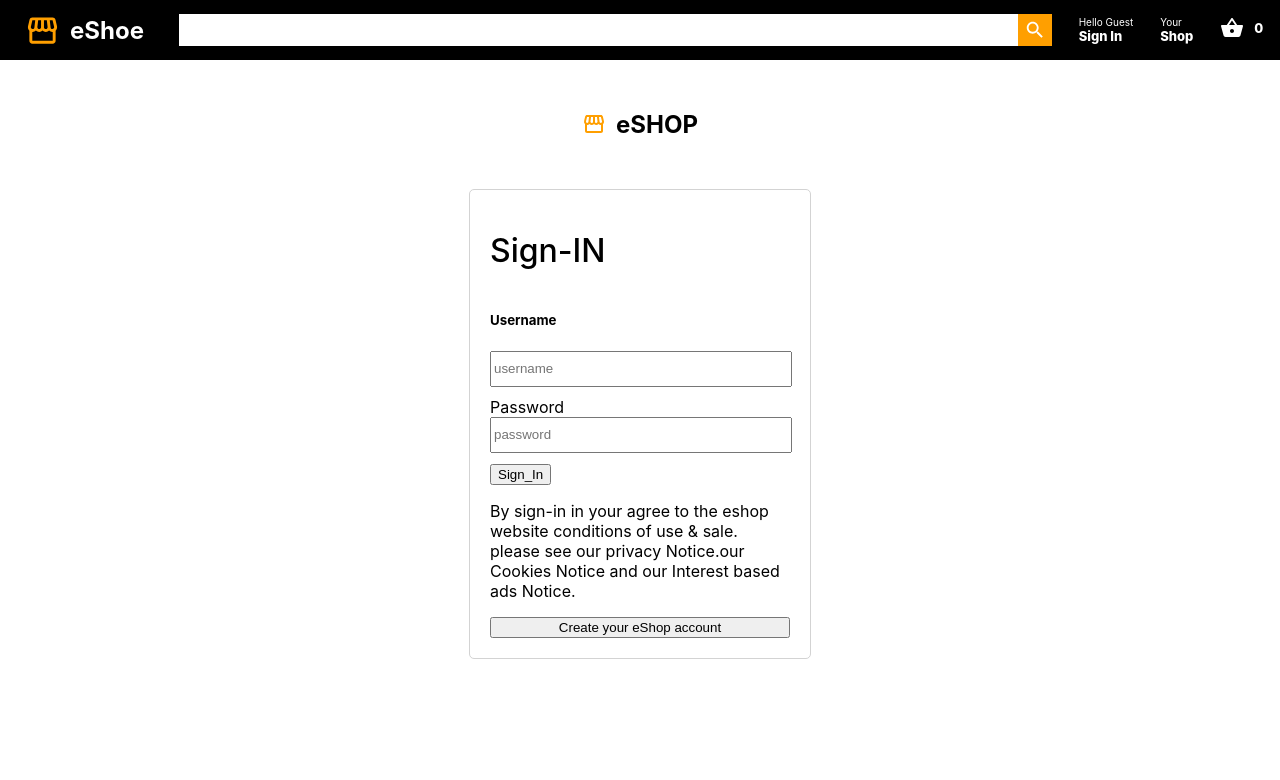
Repository: sandeepreddyvitta/react
Page: /login (app in eshop/)
The author's editor kept a copy of each file at every save. The page is drawn from the files as they stood at one save, then again after the next save.
The browser window is 1280 px wide. The pictures show the whole page.
The project was rebuilt for these pictures with package versions that can differ from the ones it lists, and the page was loaded fresh each time. Also part of the build but not shown: eshop/src/components/products/product.scss, eshop/src/components/products/Product.js, eshop/src/components/home/home.scss, eshop/src/components/home/Home.js, eshop/src/components/checkOut/checkout.scss, eshop/src/components/checkOut/checkoutproduct.scss, eshop/src/components/checkOut/CheckOutProduct.js, eshop/src/components/checkOut/subtotal.scss and 2 more.

Above is the page before, as saved 2022-12-07 11:46:36.

### eshop/public/index.html
<!DOCTYPE html>
<html lang="en">

<head>
  <meta charset="utf-8" />
  <link rel="icon" href="%PUBLIC_URL%/favicon.ico" />
  <meta name="viewport" content="width=device-width, initial-scale=1" />
  <meta name="theme-color" content="#000000" />
  <meta name="description" content="Web site created using create-react-app" />
  <link rel="apple-touch-icon" href="%PUBLIC_URL%/logo192.png" />
  <!--
      manifest.json provides metadata used when your web app is installed on a
      user's mobile device or desktop. See https://developers.google.com/web/fundamentals/web-app-manifest/
    -->
  <link rel="manifest" href="%PUBLIC_URL%/manifest.json" />

  <!--
      Notice the use of %PUBLIC_URL% in the tags above.
      It will be replaced with the URL of the `public` folder during the build.
      Only files inside the `public` folder can be referenced from the HTML.

      Unlike "/favicon.ico" or "favicon.ico", "%PUBLIC_URL%/favicon.ico" will
      work correctly both with client-side routing and a non-root public URL.
      Learn how to configure a non-root public URL by running `npm run build`.
    -->
  <title>eShop</title>
</head>

<body>
  <noscript>You need to enable JavaScript to run this app.</noscript>
  <div id="root"></div>
  <!--
      This HTML file is a template.
      If you open it directly in the browser, you will see an empty page.

      You can add webfonts, meta tags, or analytics to this file.
      The build step will place the bundled scripts into the <body> tag.

      To begin the development, run `npm start` or `yarn start`.
      To create a production bundle, use `npm run build` or `yarn build`.
    -->
</body>

</html>

### eshop/src/index.js
import React from 'react';
import ReactDOM from 'react-dom/client';
import './index.css';
import App from './App';
import reportWebVitals from './reportWebVitals';
import reducer, { initialState } from './components/data/reducer';
import { StateProvider } from './components/data/StateProvider';

const root = ReactDOM.createRoot(document.getElementById('root'));
root.render(
  <React.StrictMode>
    <StateProvider initialState={initialState} reducer={reducer}>
      <App />
    </StateProvider>
  </React.StrictMode>
);


reportWebVitals();

### eshop/src/App.js
import React, { Children } from 'react'
import Home from './components/home/Home';
import NavBar from './components/navbar/NavBar';
import CheckOut from './components/checkOut/CheckOut'
import { createBrowserRouter, RouterProvider, Route, Outlet } from 'react-router-dom'
import Login from './components/login/Login';


function App() {
  const Layout = () => {
    return (
      <div>
        <NavBar />
        <>
          <Outlet />
        </>
      </div>
    )
  }

  const router = createBrowserRouter([
    {
      path: "/",
      element: <Layout />,
      children: [
        {
          path: '/',
          element: <Home />
        },
        {
          path: "/checkout",
          element: <CheckOut />
        },
        {
          path: '/login',
          element: <Login />
        }
      ]
    },
  ])
  return (
    <div className="App">
      <RouterProvider router={router} />
    </div>
  );
}

export default App;

### eshop/src/components/data/reducer.js
export const initialState = {
    basket: [],
};

export const getTotalAmount = (basket) => {
    console.log(basket)
    return (basket?.reduce((amount, item) => item.price + amount, 0));
}
const reducer = (state = initialState, action) => {
    switch (action.type) {
        case "Add_To_Basket":
            return {
                ...state, basket: [...state.basket, action.item],
            }
        case "Remove_To_Basket":
            const index = state.basket.findIndex(basketitem => basketitem.id === action.id);
            let newBasket = [...state.basket];
            if (index >= 0) {
                newBasket.splice(index, 1);
            }
            else {
                console.warn(`can't remove product id ${action.id} `)
            }
            return {
                ...state, basket: newBasket,
            }
        default:
            return { ...state }
    }
}

export default reducer;

### eshop/src/components/data/StateProvider.js
import React, { createContext, useContext, useReducer } from 'react'

export const StateContext = createContext();

export const StateProvider = ({ reducer, initialState, children }) => (
    <StateContext.Provider value={useReducer(reducer, initialState)}>
        {children}
    </StateContext.Provider>
);

export const useStateValue = () => useContext(StateContext);

### eshop/src/components/navbar/NavBar.js
import './navbar.scss'
import ShoppingBasketIcon from '@mui/icons-material/ShoppingBasket';
import StorefrontIcon from '@mui/icons-material/Storefront';
import SearchIcon from '@mui/icons-material/Search';
import { Link } from 'react-router-dom'
import { useStateValue } from '../data/StateProvider';
const NavBar = () => {
    const [{ basket }, dispatch] = useStateValue();
    return (
        <div className='navBar'>
            <Link to='/' style={{ textDecoration: "none" }}>
                <div className='headerLogo'>
                    <StorefrontIcon fontSize='large' className='storeIcon' />
                    <h2 className="title">eShoe</h2>
                </div>

            </Link>
            <div className='searchBar'>
                <input type="text" className='searchBarInput' />
                <SearchIcon className='searchIcon' />
            </div>
            <div className='userItems'>
                <Link to='/login' style={{ textDecoration: "none" }}>
                    <div className='headerItem'>
                        <span className='nav_itemOne'>Hello Guest</span>
                        <span className='nav_itemTwo'>Sign In</span>
                    </div>
                </Link>
                <div className='headerItem'>
                    <span className='nav_itemOne'>Your</span>
                    <span className='nav_itemTwo'>Shop</span>
                </div>
                <div className='headerItem'>
                    <Link to="/checkout" style={{ textDecoration: "none" }}>
                        <div className='basket'>
                            <ShoppingBasketIcon className='basketIcon' />
                            <span className='nav_itemTwo'>{basket.length}</span>
                        </div>
                    </Link>
                </div>
            </div>
        </div >
    )
}

export default NavBar

### eshop/src/components/login/Login.js
import { StorefrontOutlined } from '@material-ui/icons';
import { useState } from 'react'
import { Link } from 'react-router-dom';
import './login.scss'

const Login = () => {
    const [userName, setUserName] = useState('');
    const [password, setPassword] = useState('');
    return (
        <div className='login'>
            <Link to='/' style={{ textDecoration: "none" }}>
                <div className='logo'>
                    <StorefrontOutlined className='icon' fontsize='large' />
                    <h2 className='title'>eSHOP</h2>
                </div>
            </Link>
            <div className='loginContainer'>
                <h1 style={{ fontWeight: "500", marginBottom: "20px" }}>Sign-IN</h1>
                <form>
                    <h5>Username</h5>
                    <input type="text" value={userName} name="userName" onChange={e => setUserName(e.target.value)} placeholder="username" /><br />
                    <label>Password</label><br />
                    <input type="password" value={password} name="password" onChange={e => setPassword(e.target.value)} placeholder="password" /><br />
                    <button type="submit">Sign_In</button>
                </form>
                <p>
                    By sign-in in your agree to the eshop website conditions of use & sale.
                    please see our privacy Notice.our Cookies Notice and our Interest based ads Notice.
                </p>
                <button className='register'> Create your eShop account</button>
            </div>
        </div>
    )
}

export default Login

### eshop/src/components/navbar/navbar.scss
.navBar{
    height: 60px;
    display: flex;
    align-items: center;
    background-color: black;
    color: white;
    position: sticky;
    z-index: 2;
    top:0;
    .headerLogo{
        display: flex;
        flex:1;
        align-items:center;
        color:#ff9f00;
        margin: 0px 25px;
        .storeIcon{
            margin-right: 10px;
        }
        .title{
            text-decoration: none;
            color:white;
            border: 0;
        }
    }
    .searchBar{
        display: flex;
        flex:4;
        align-items:center;
        border-radius: 24px;
        margin: 0 10px;
        .searchBarInput{

            height: 12px;
            padding: 10px;
            border: none;
            width: 100%;
        }
        .searchIcon{
            height:22px;
            padding: 5px;
            background-color:#ff9f00;
            cursor: pointer;
        }
    }
    .userItems{
        display: flex;
        flex: 1;
        justify-content: space-evenly;
        .headerItem{
            display: flex;
            flex-direction: column;
            margin: 0px 10px;
            color:white;
            .nav_itemOne{
                font-size: 10px;
            }
            .nav_itemTwo{
                font-size: 13px;
                font-weight: 800;
            }
            .basket{
                display: flex;
                align-items:center;
                color:white;
                .basketIcon{
                    margin-right: 10px;
                }
            }
        }
    }
}

### eshop/src/components/login/login.scss
.login{
    display: flex;
    flex-direction: column;
    align-items:center;
    background-color: white;
    height: 100vh;
    .logo{
        display: flex;
        align-items: center;
        margin: 30px 0px;
        .icon{
            color:#ff9f00;
        }
        .title{
            color:black;
            margin-left: 10px;
        }
    }
    .loginContainer{
        display: flex;
        flex-direction: column;
        height: fit-content;
        width:300px;
        border:1px solid lightgray;
        border-radius: 5px;
        padding: 20px;
        input{
            height:30px;
            width:98%;
            margin-bottom: 10px;
        }
    }
}

Loaded but not shown: eshop/src/index.css (common file); eshop/src/reportWebVitals.js (common file)

After the next save:
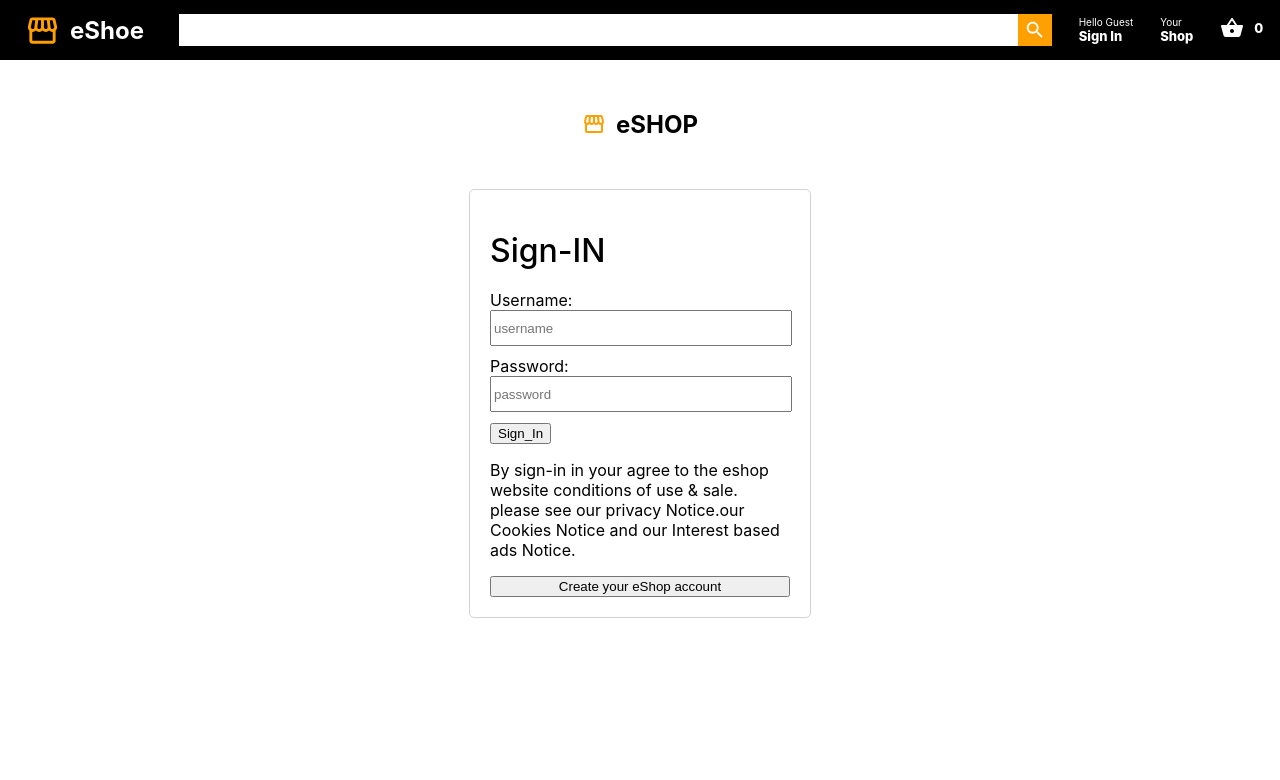
Saved 23 s later.
--- a/eshop/src/components/login/Login.js
+++ b/eshop/src/components/login/Login.js
@@ -17,9 +17,9 @@ const Login = () => {
             <div className='loginContainer'>
                 <h1 style={{ fontWeight: "500", marginBottom: "20px" }}>Sign-IN</h1>
                 <form>
-                    <h5>Username</h5>
+                    <label>Username:</label>
                     <input type="text" value={userName} name="userName" onChange={e => setUserName(e.target.value)} placeholder="username" /><br />
-                    <label>Password</label><br />
+                    <label>Password:</label><br />
                     <input type="password" value={password} name="password" onChange={e => setPassword(e.target.value)} placeholder="password" /><br />
                     <button type="submit">Sign_In</button>
                 </form>
